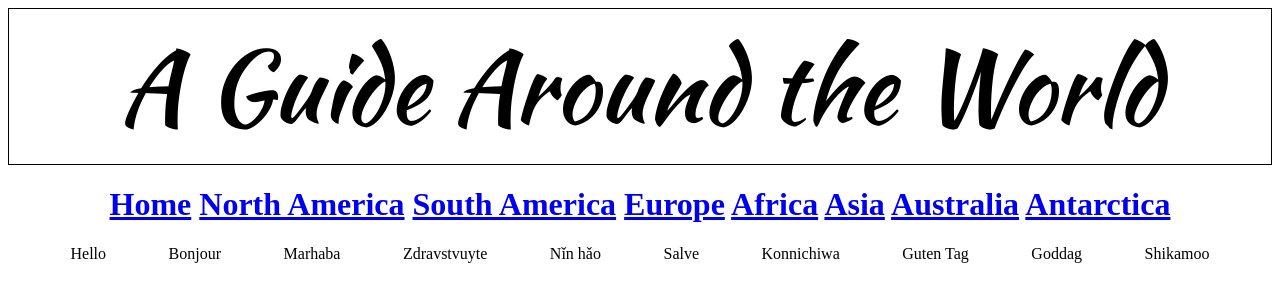
Repository: alharama/StaticWebsite
Page: index.html
These files come from the project's save history. The page is drawn as it stood at one moment and after the next save; the edit follows.
The browser window is 1280 px wide. The pictures show the whole page.

Above is the page before, as saved 2021-09-20 20:14:47.

After the next save:
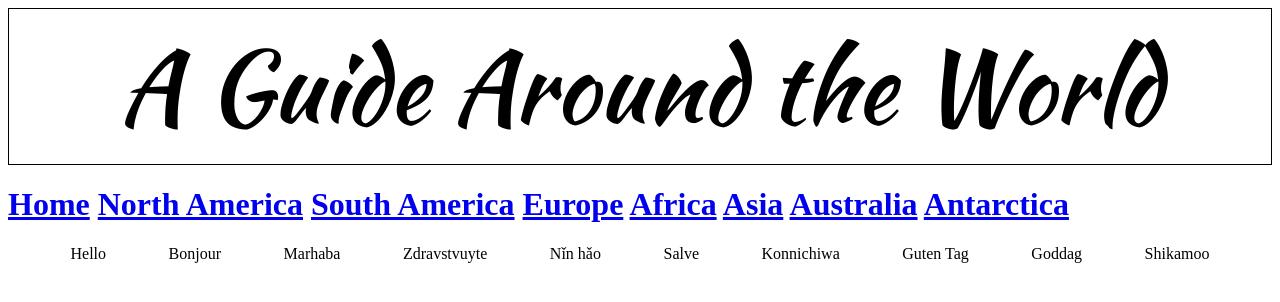
Saved 21 s later.
--- a/index.html
+++ b/index.html
@@ -29,12 +29,7 @@
 
         }
 
-        h1 {
 
-            text-align: center;
-
-
-        }
 
         #languages{
 

After the save that followed:
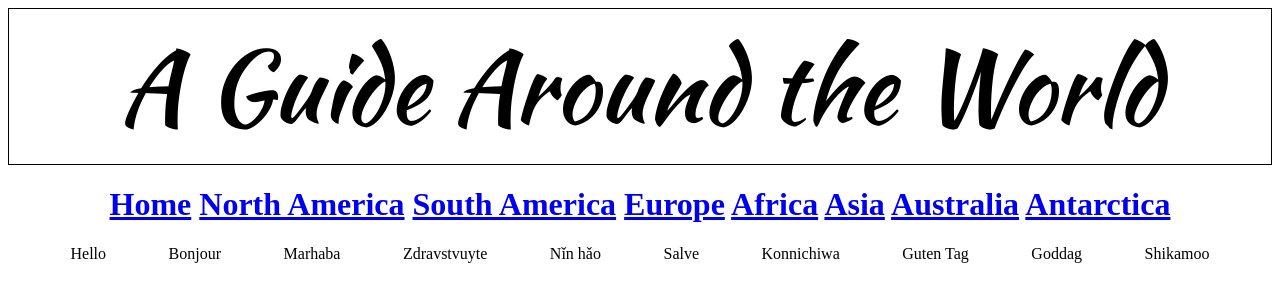
Saved 15 s later.
--- a/index.html
+++ b/index.html
@@ -29,7 +29,13 @@
 
         }
 
+        h1 {
 
+            text-align: center;
+            text-decoration: none;
+
+
+        }
 
         #languages{
 
